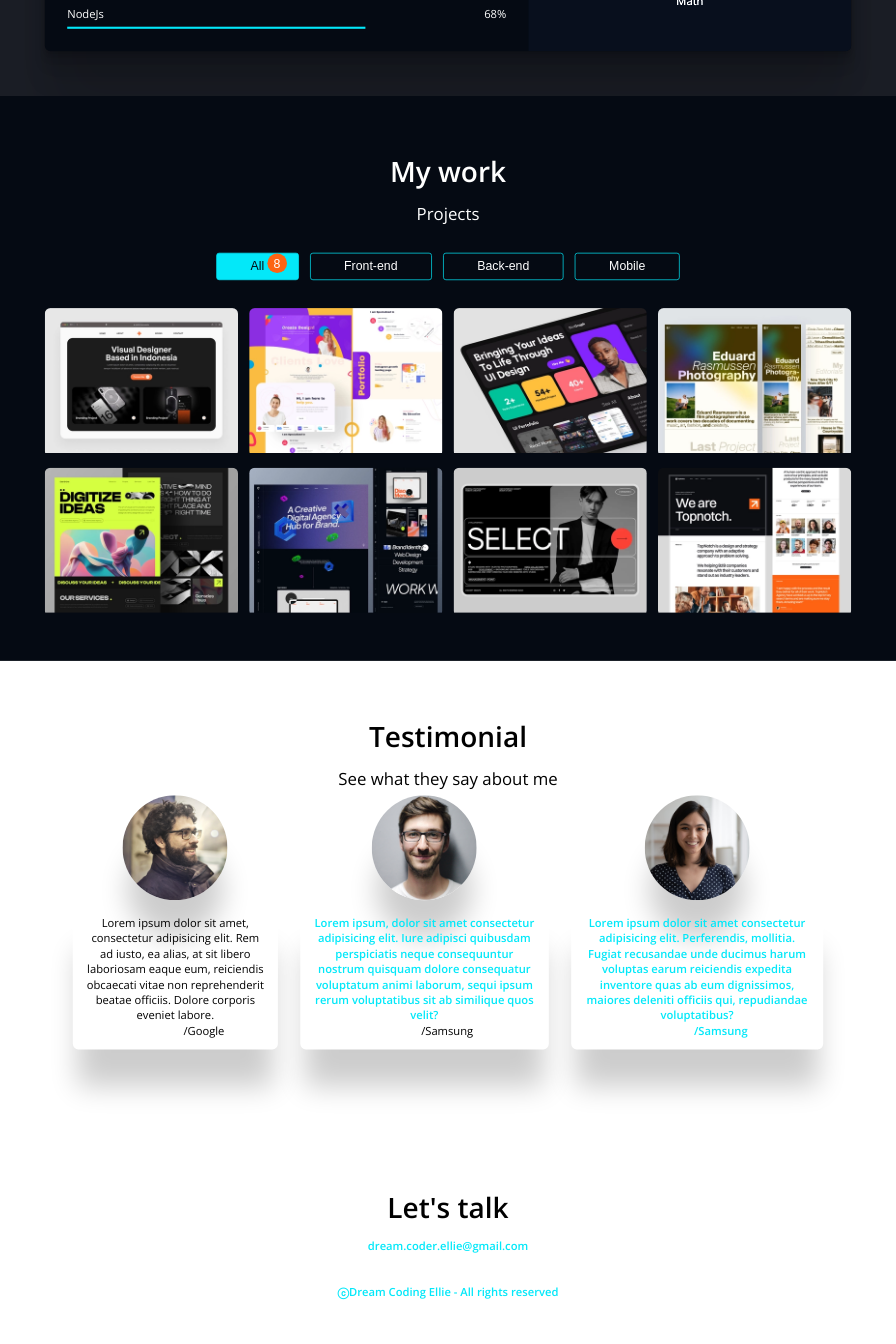
Repository: eggmoon/eggmoon_new
Page: index.html
These files come from the project's save history. The page is drawn as it stood at one moment and after the next save; the edit follows.
The browser window is 1280 px wide. The pictures show the part of the page from y = 2073 to 3993 px (the page is 3993 px tall), at 70% of full size.
Some web libraries are served in a nearby version.

Above is the page before, as saved 2025-02-26 15:01:37.

After the next save:
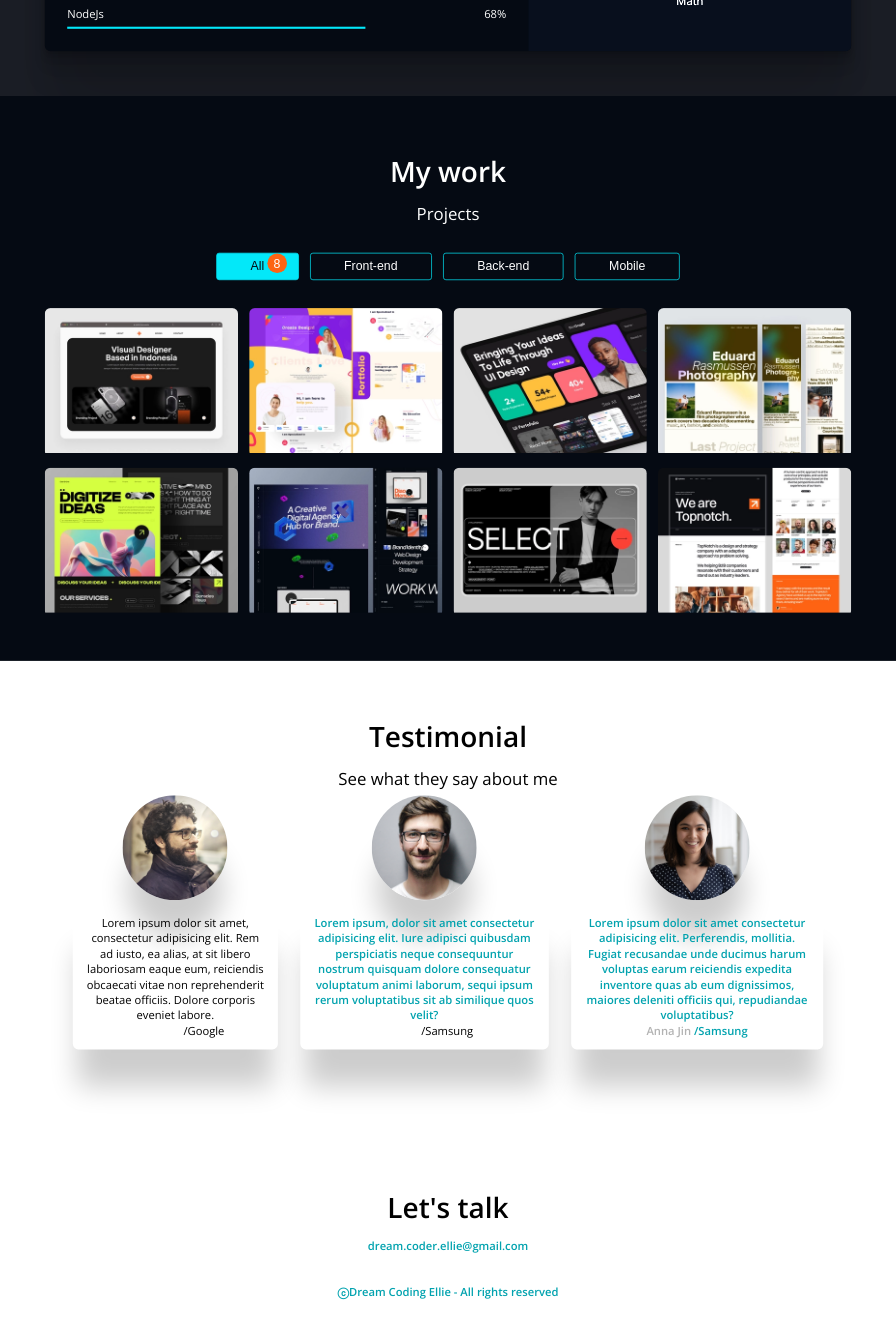
Saved 4 s later.
--- a/css/style.css
+++ b/css/style.css
@@ -385,5 +385,5 @@
  .testimonial__bubble__name{
   color: var(--color-accent);
   font-weight: bold;
-  filter: brightness()
- }
+  filter: brightness(70%);
+ }
